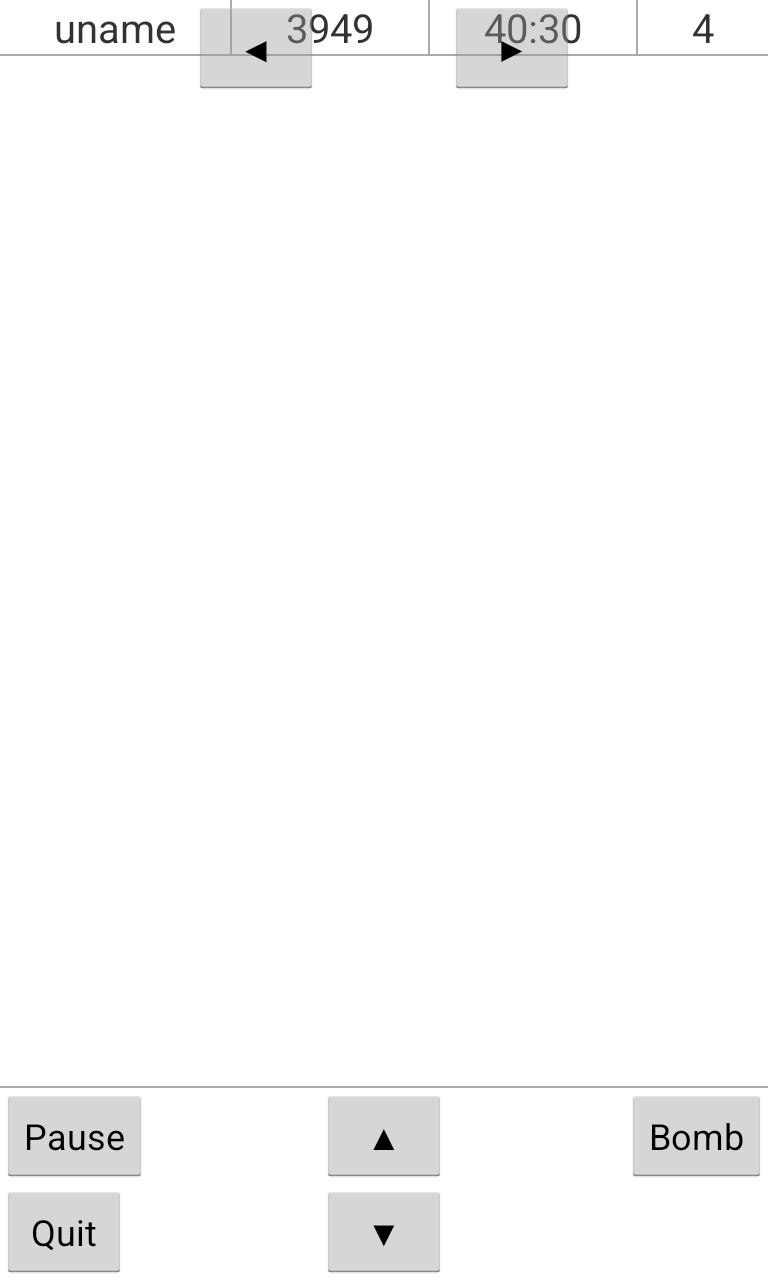
Repository: srijeyanthan/bomberman
Layout: MyFirstApp/res/layout/activity_main.xml
These files come from the project's save history. The layout is drawn as it stood at one moment and after the next save; the edit follows.
It is drawn on a 768 x 1280 px phone screen (xhdpi) without system bars, with theme AppTheme; the app's code is not run.

Above is the layout before, as saved 2014-03-26 00:09:39.

After the next save:
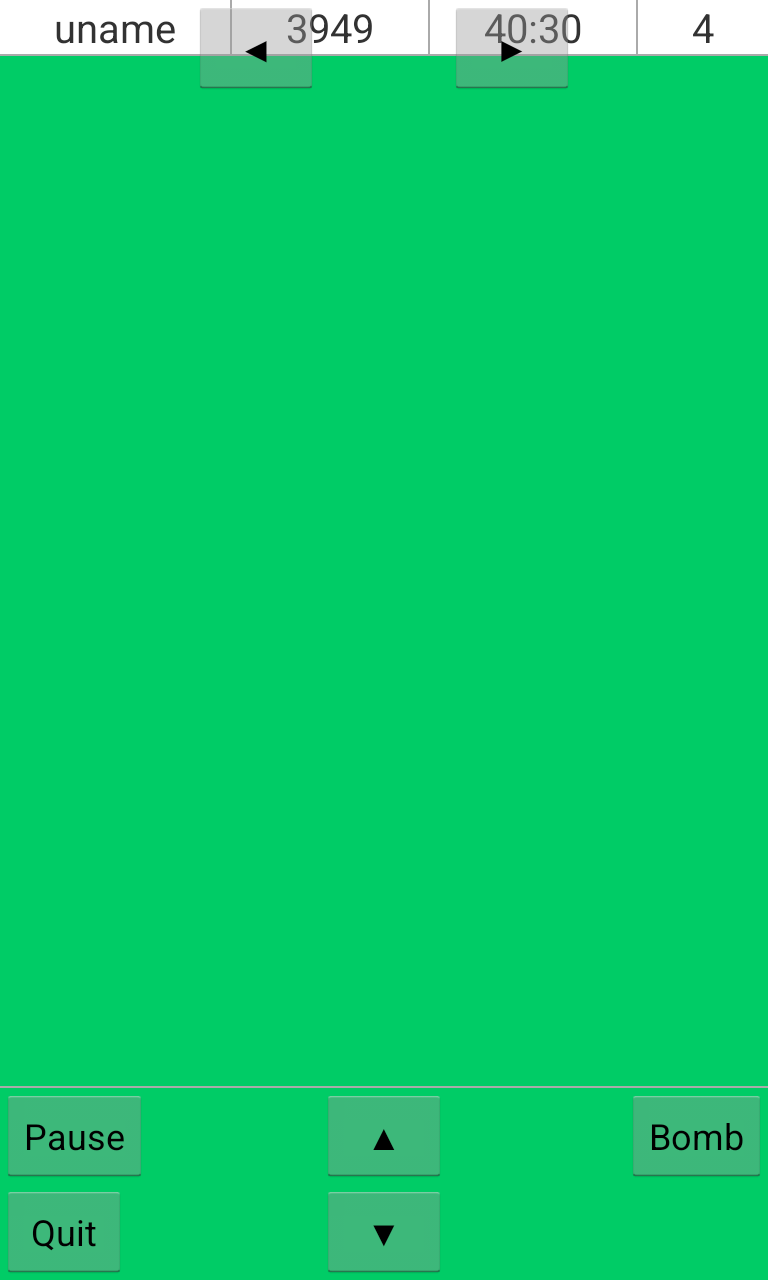
Saved 3 min 9 s later.
--- a/MyFirstApp/res/layout/activity_main.xml
+++ b/MyFirstApp/res/layout/activity_main.xml
@@ -80,6 +80,8 @@
 		        android:id="@+id/bckg"
 		        android:layout_below="@+id/upprSeparator"
 		        android:background="#00CC66"
+		        android:layout_width="fill_parent"
+		        android:layout_height="fill_parent"
 		        />
 
         <Button
